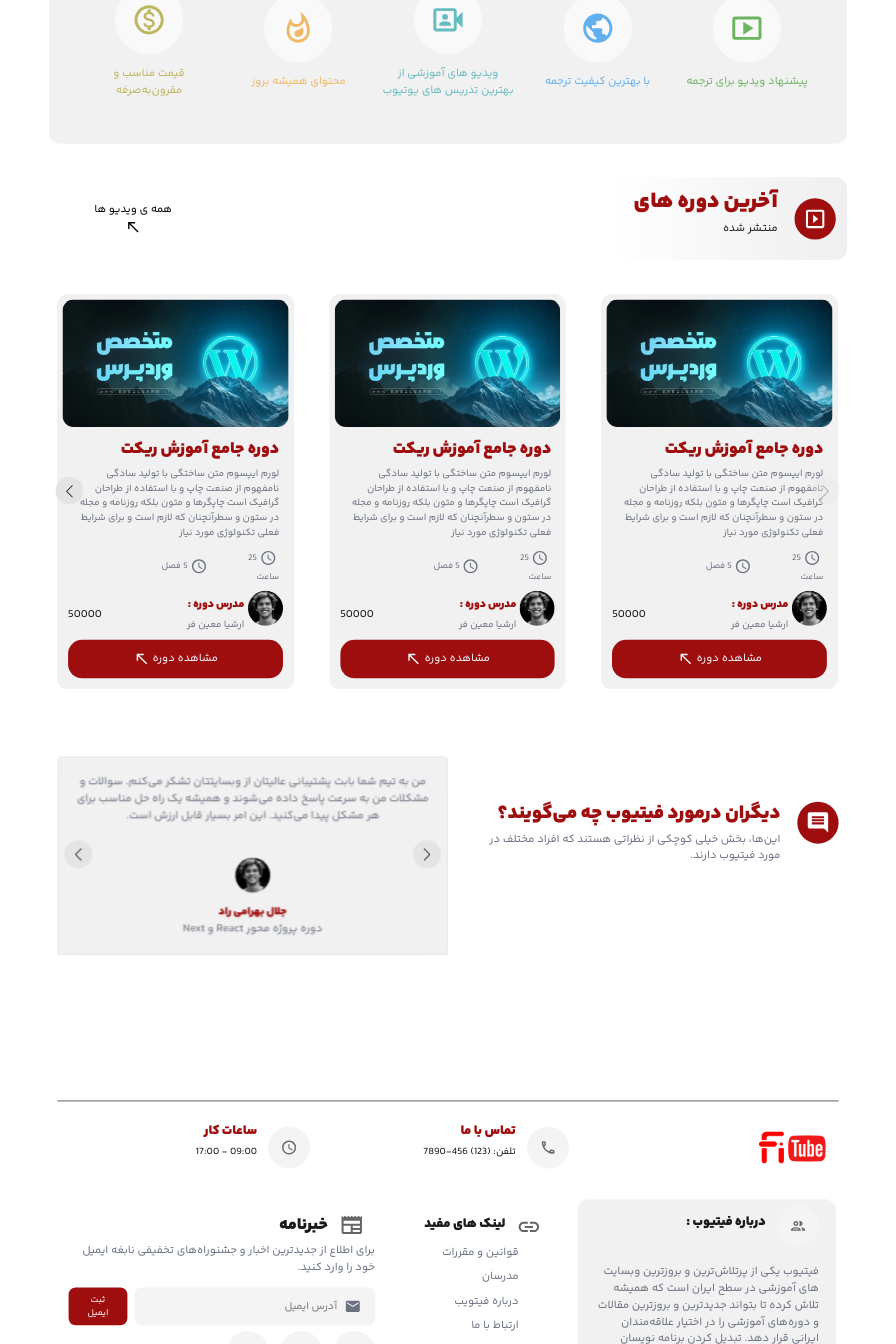
Repository: arshiamoeinfar/fitube
Page: /
The author's editor kept a copy of each file at every save. The page is drawn from the files as they stood at one save, then again after the next save.
The browser window is 1280 px wide. The pictures show the part of the page from y = 885 to 2805 px (the page is 2951 px tall), at 70% of full size.
The project was rebuilt for these pictures with package versions that can differ from the ones it lists, and the page was loaded fresh each time. Also part of the build but not shown: src/components/LandingCounter/LandingCounter.css, src/components/LandingCounter/LandingCounter.js, src/components/BoxHeader/BoxHeader.jsx, src/components/Category/Category.jsx, src/components/CartPermium/CartPremium.jsx, src/components/BuyPremium/BuyPremium.jsx, src/pages/Login/Login.js, src/components/MovieHeader/VideoPlayer.css and 2 more. Imported but missing from the stored project, and not drawn on this page: src/assets/videos/video5972191431412946595.mp4.

Above is the page before, as saved 2025-04-03 14:59:51.

After the next save:
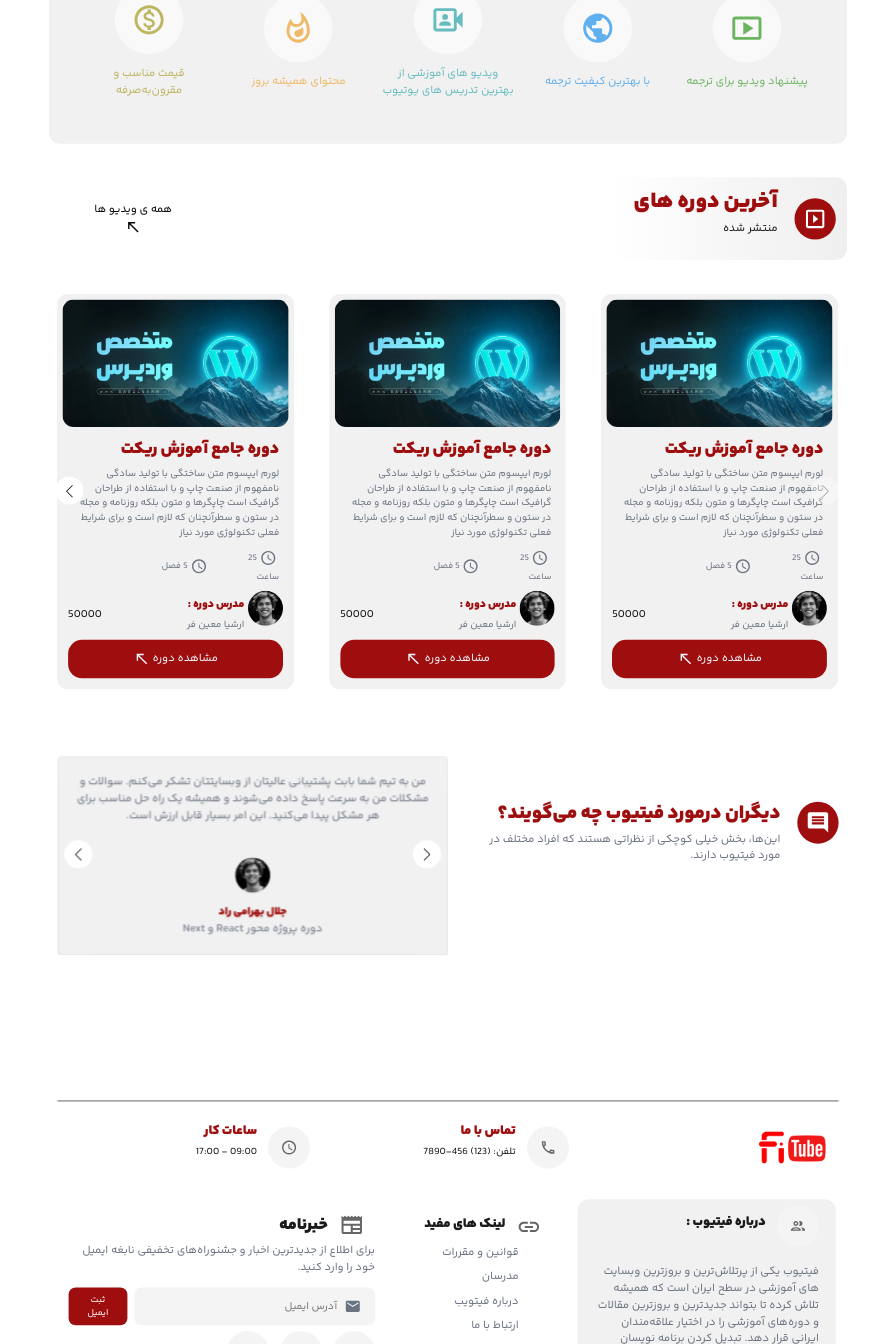
Saved 3 min 50 s later.
--- a/src/components/BoxCourses/BoxCourses.css
+++ b/src/components/BoxCourses/BoxCourses.css
@@ -4,7 +4,7 @@
       border-radius: 1rem;
 }
 .swiper-button-prev{
-    background-color: #e4e4e4;
+    background-color: var(--bs-body-bg);
     padding: 10px;
     width: 40px;
     height: 40px;
@@ -12,7 +12,7 @@
     transition: all 0.3s ease;
 }
 .swiper-button-next{
-    background-color: #e4e4e4;
+    background-color: var(--bs-body-bg);
     padding: 10px;
     width: 40px;
     height: 40px;
@@ -25,7 +25,7 @@
 }
 .swiper-button-next:hover ,
 .swiper-button-prev:hover{
-    background-color: #cccccc;
+    background-color: var(--bs-body-bg);
 }
 .img-courses img{
     width: 300px;
